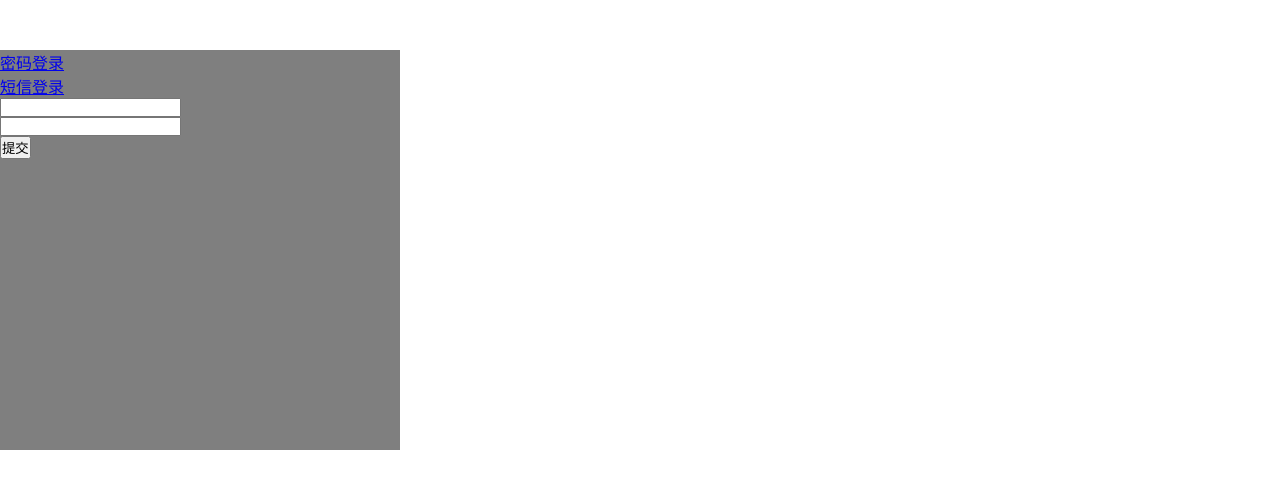
Repository: wxamlzm/campus0714
Page: views/login.html
These files come from the project's save history. The page is drawn as it stood at one moment and after the next save; the edit follows.
The browser window is 1280 px wide. The pictures show the whole page.

Above is the page before, as saved 2021-07-14 22:30:19.

### views/login.html
<!DOCTYPE html>
<html>
  <head>
    <meta charset='utf-8'>
    <title>注册页面</title>
    <link rel="stylesheet" href="./css/common.css">
  </head>
  <body>
    <header></header>
    <div class="login-box">
      <div class="login-container">
        <div class="login-title">
          <div><a href="#">密码登录</a></div>
          <div><a href="#">短信登录</a></div>
        </div>
        <div class="login-inpu">
          <div class="input-user">
            <input type="text">
          </div>
          <div class="input-upwd">
            <input type="password">
          </div>
        </div>
        <div class="btn">
          <button>提交</button>
        </div>
      </div>
    </div>
  </body>
  <script src="./js/login.js"></script>
</html>

### views/css/common.css
* {
  padding: 0;
  margin: 0;
}

header {
  height: 50px;
}
.login-box {
  width: 400px;
  height: 400px;
  background-color: rgba(0,0,0,0.5);
}

Loaded but not shown: views/js/login.js (no stored copy; drawn as an empty file)

After the next save:
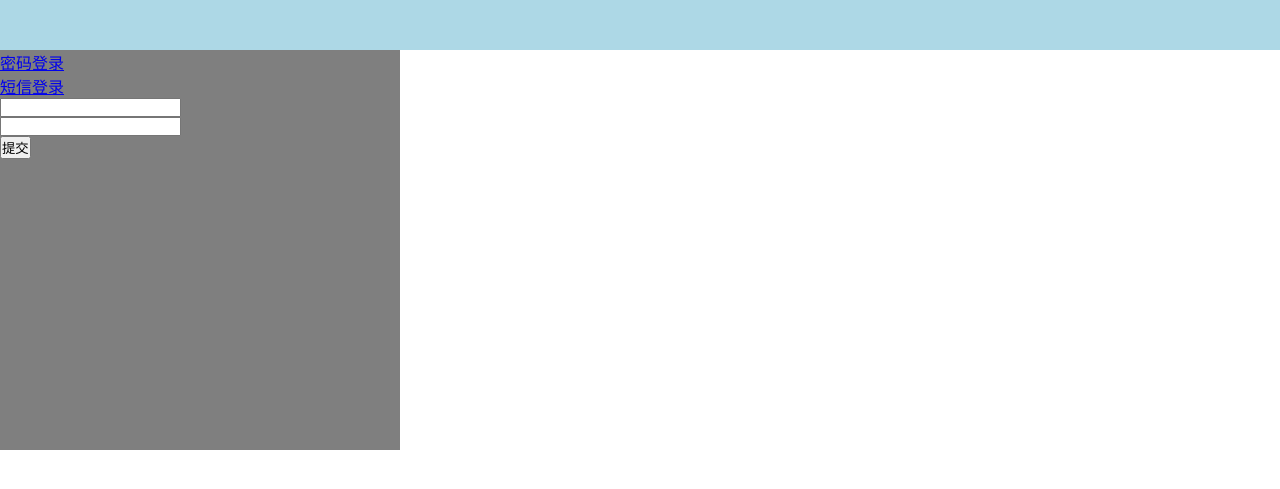
Saved 7 s later.
--- a/views/css/common.css
+++ b/views/css/common.css
@@ -5,6 +5,7 @@
 
 header {
   height: 50px;
+  background-color: lightblue;
 }
 .login-box {
   width: 400px;
